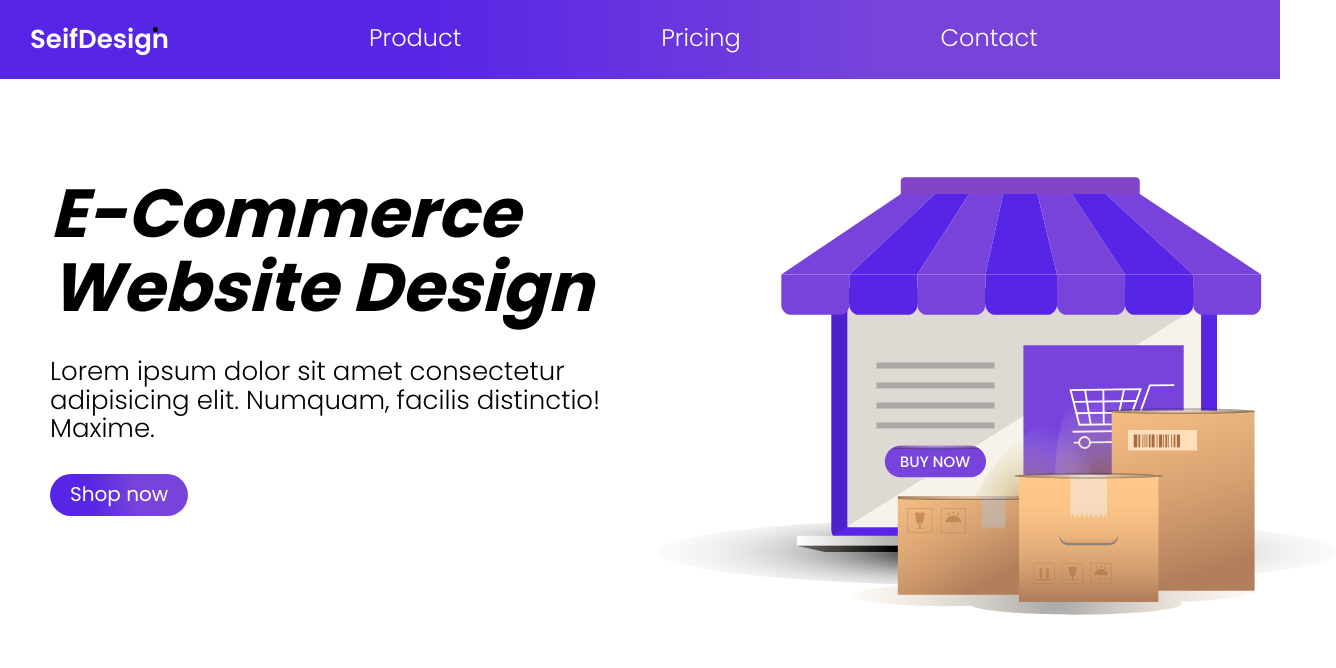
Repository: MehdiKerimov/figma-task-19
Page: pages/homePage/index.html
An editor plug-in stored every save of this project. The page is shown before and after a run of saves, followed by the edit.
The browser window is 1280 px wide. The page is 1336 px wide, so the pictures cover 1336 px, including what lies to the right of the window. The pictures show the whole page.
The style sheet was rebuilt from its Sass, Less or Tailwind sources for each picture, by a compiler version that may differ from the author's.

Above is the page before, as saved 2024-01-20 15:32:43.

After the next 2 saves:
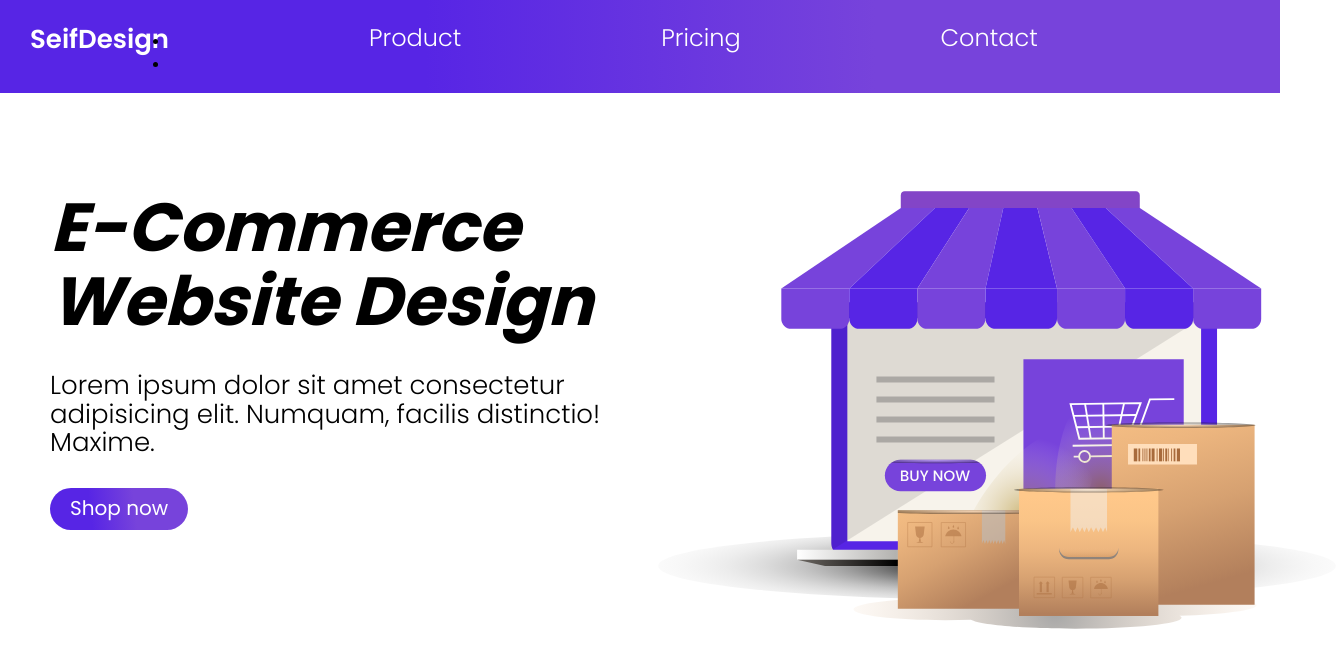
The 2 saves are shown as one change because they came seconds apart.
The last was saved 7 s later.
--- a/pages/homePage/index.html
+++ b/pages/homePage/index.html
@@ -13,10 +13,13 @@
         <h1>SeifDesign</h1>
         <ul>
           <li>
+                    <a href="">Product</a>
+
+          </li>
+          <li>
 
           </li>
         </ul>
-        <a href="">Product</a>
         <a href="">Pricing</a>
         <a href="">Contact</a>
       </nav>
